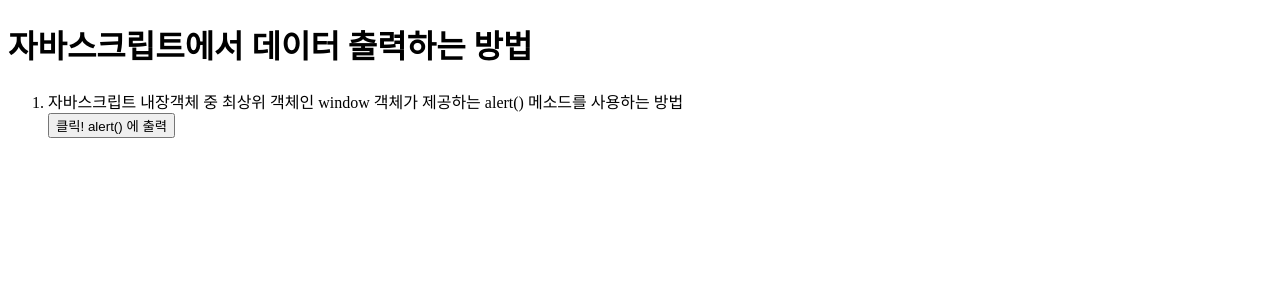
Repository: bianchi112/ict-data
Page: web_workspace/testJavaScriptProject/src/main/webapp/views/testjs/sample2.html
These files come from the project's save history. The page is drawn as it stood at one moment and after the next save; the edit follows.
The browser window is 1280 px wide. The pictures show the whole page.

Above is the page before, as saved 2024-09-03 03:12:00.

### web_workspace/testJavaScriptProject/src/main/webapp/views/testjs/sample2.html
<!DOCTYPE html>
<html>
<head>
<meta charset="UTF-8">
<title>sample2</title>
<script type="text/javascript" src="/testj/resources/js/main.js"></script>
</head>
<body>
<h1>자바스크립트에서 데이터 출력하는 방법</h1>
<ol>
	<li>자바스크립트 내장객체 중 최상위 객체인 window 객체가 제공하는 alert() 메소드를 사용하는 방법</li>
	<button onclick="testAlert();">클릭! alert() 에 출력</button>
</ol>
</body>
</html>

### web_workspace/testJavaScriptProject/src/main/webapp/resources/js/main.js
/**
 * main.js
 * 2024-09-03 작성
 */

// 전역변수 선언 : 함수 밖에서 선언된 변수
// 선언된 위치 아래쪽에서는 모두 사용 가능함
// var 변수명 = 값;
var flag = false;

function toggleImage() {
	// 지역변수 : 함수 안에서 선언된 변수, 선언된 블럭 {} 밖에서는 사용 못  함
	var img = document.getElementById("image1");

	if (!flag) { // if(flag == flalse)
		img.src = "/testj/resources/images/Android.gif"
		flag = true;
	} else { // flag == true
		img.src = "/testj/resources/images/button.jpg";
		flag = false;
	}
}

function changeCSS() {
	// 글자색, 테두리선, 글자크기, 배경색 변경 처리함
	var element = document.getElementById("demo3");

	element.style.color = "#ff00cc";
	element.style.border = "3px double black";
	element.style.fontSize = "24pt";
	element.style.backgroundColor = "yellow";
}

function testAlert() {
	//window.alert("main.js 안에 작성된 testAlert() 함수 실행됨");
	// 최상위 객체인 window 는 메소드 사용시 생략할 수 있음
	alert("main.js 안에 작성된 testAlert() 함수 실행됨");
}

After the next save:
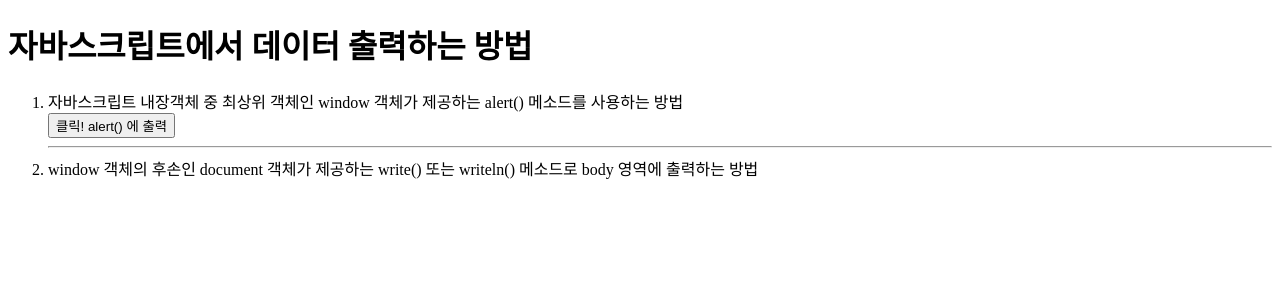
Saved 2 min 25 s later.
--- a/web_workspace/testJavaScriptProject/src/main/webapp/views/testjs/sample2.html
+++ b/web_workspace/testJavaScriptProject/src/main/webapp/views/testjs/sample2.html
@@ -10,6 +10,10 @@
 <ol>
 	<li>자바스크립트 내장객체 중 최상위 객체인 window 객체가 제공하는 alert() 메소드를 사용하는 방법</li>
 	<button onclick="testAlert();">클릭! alert() 에 출력</button>
+	<hr>
+
+	<li>window 객체의 후손인 document 객체가 제공하는 write() 또는 writeln() 메소드로 body 영역에
+	출력하는 방법</li>
 </ol>
 </body>
 </html>
